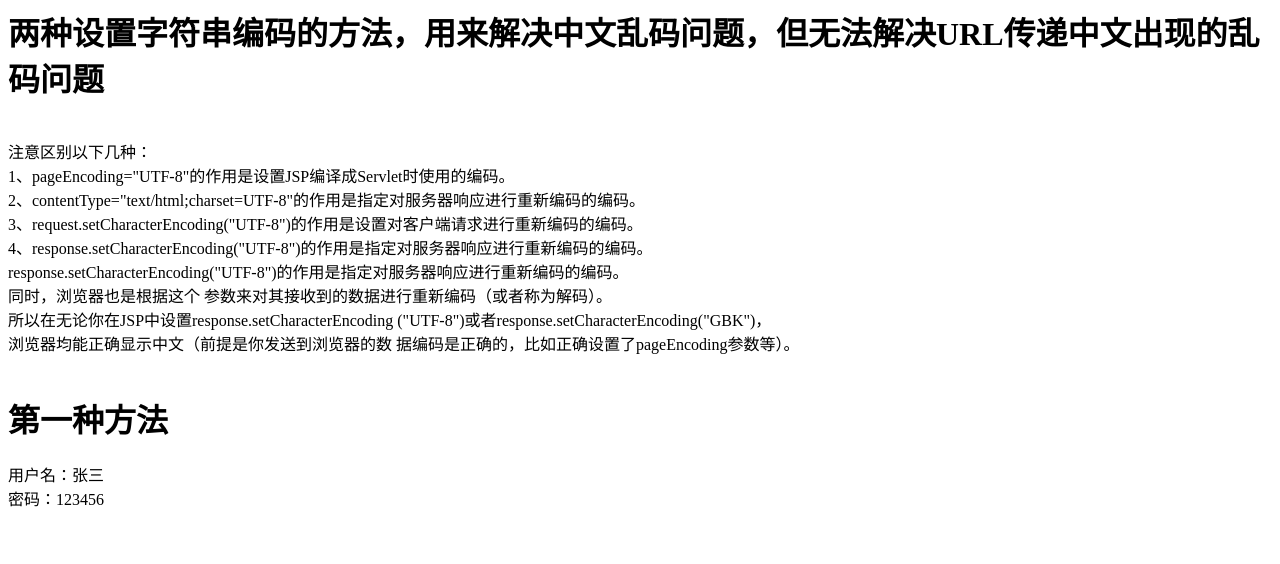
Repository: Fuhai-Chen/javaweb
Page: http://localhost/Chapter_4_example/setCEncoding.jsp
The author's editor kept a copy of each file at every save. The page is drawn from the files as they stood at one save, then again after the next save.
The browser window is 1280 px wide. The pictures show the whole page.
The page is served by Tomcat 9.

Above is the page before, as saved 2020-09-23 08:12:49.

### Chapter_4_example/WebRoot/setCEncoding.jsp
<%@ page language="java" import="java.util.*" pageEncoding="UTF-8"%>
<%
String path = request.getContextPath();
String basePath = request.getScheme()+"://"+request.getServerName()+":"+request.getServerPort()+path+"/";
%>

<!DOCTYPE HTML PUBLIC "-//W3C//DTD HTML 4.01 Transitional//EN">
<html>
  <head>
    <base href="<%=basePath%>">

    <title>My JSP 'setCEncoding.jsp' starting page</title>

	<meta http-equiv="pragma" content="no-cache">
	<meta http-equiv="cache-control" content="no-cache">
	<meta http-equiv="expires" content="0">
	<meta http-equiv="keywords" content="keyword1,keyword2,keyword3">
	<meta http-equiv="description" content="This is my page">
	<!--
	<link rel="stylesheet" type="text/css" href="styles.css">
	-->

  </head>

  <body>
    <h1>两种设置字符串编码的方法，用来解决中文乱码问题，但无法解决URL传递中文出现的乱码问题</h1> <br>
    注意区别以下几种：<br>
1、pageEncoding="UTF-8"的作用是设置JSP编译成Servlet时使用的编码。 <br>
2、contentType="text/html;charset=UTF-8"的作用是指定对服务器响应进行重新编码的编码。 <br>
3、request.setCharacterEncoding("UTF-8")的作用是设置对客户端请求进行重新编码的编码。<br>
4、response.setCharacterEncoding("UTF-8")的作用是指定对服务器响应进行重新编码的编码。 <br>
response.setCharacterEncoding("UTF-8")的作用是指定对服务器响应进行重新编码的编码。<br>
同时，浏览器也是根据这个 参数来对其接收到的数据进行重新编码（或者称为解码）。<br>
所以在无论你在JSP中设置response.setCharacterEncoding ("UTF-8")或者response.setCharacterEncoding("GBK")，<br>
浏览器均能正确显示中文（前提是你发送到浏览器的数 据编码是正确的，比如正确设置了pageEncoding参数等）。<br>
<br>
<h1>第一种方法</h1>
<%
	//在所有的set。。和get。。之前使用request.setCharacterEncoding("utf-8");方法，优点是写一次就好
	request.setCharacterEncoding("utf-8");
	request.setAttribute("username","张三");
	request.setAttribute("password","123456");
 %>
 <!-- 先set再用表达式直接输出get -->
用户名：<%=request.getAttribute("username") %><br>
密码：<%=request.getAttribute("password") %>


  </body>
</html>

After the next save:
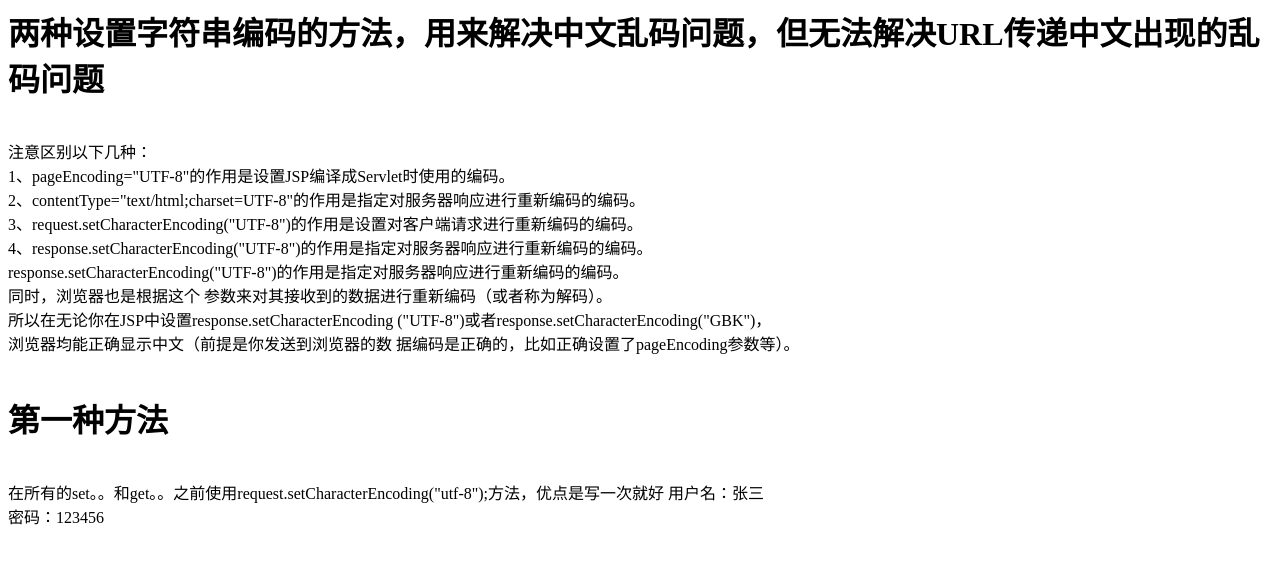
Saved 93 s later.
--- a/Chapter_4_example/WebRoot/setCEncoding.jsp
+++ b/Chapter_4_example/WebRoot/setCEncoding.jsp
@@ -34,9 +34,9 @@ response.setCharacterEncoding("UTF-8")的作用是指定对服务器响应进行
 所以在无论你在JSP中设置response.setCharacterEncoding ("UTF-8")或者response.setCharacterEncoding("GBK")，<br>
 浏览器均能正确显示中文（前提是你发送到浏览器的数 据编码是正确的，比如正确设置了pageEncoding参数等）。<br>
 <br>
-<h1>第一种方法</h1>
+<h1>第一种方法</h1><br>
+在所有的set。。和get。。之前使用request.setCharacterEncoding("utf-8");方法，优点是写一次就好
 <%
-	//在所有的set。。和get。。之前使用request.setCharacterEncoding("utf-8");方法，优点是写一次就好
 	request.setCharacterEncoding("utf-8");
 	request.setAttribute("username","张三");
 	request.setAttribute("password","123456");
